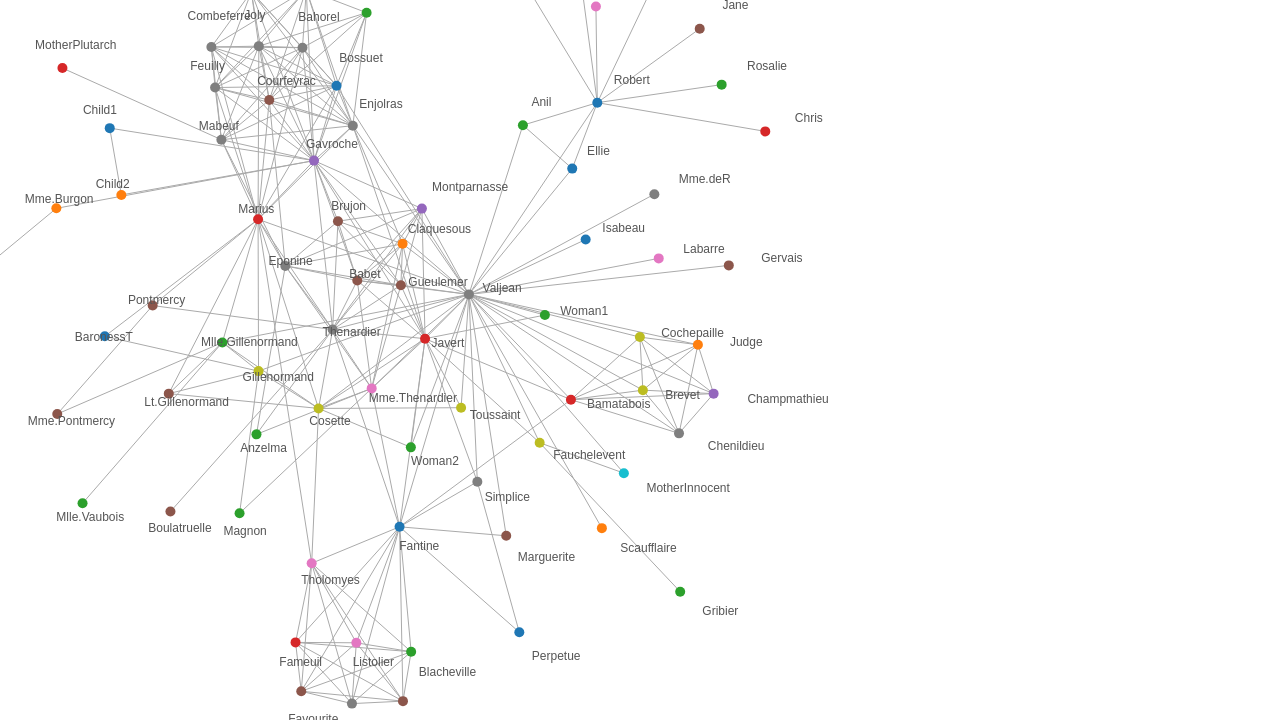
Repository: aniltammana/big-bankers
Page: trending-spendings-d3/big-bankers-2.0/index.html
The author's editor kept a copy of each file at every save. The page is drawn from the files as they stood at one save, then again after the next save.
The browser window is 1280 px wide. The pictures show the whole page.

Above is the page before, as saved 2019-10-06 11:58:17.
Console error: TypeError: Cannot read properties of undefined (reading 'fn')

### trending-spendings-d3/big-bankers-2.0/index.html
<!DOCTYPE html>
<!--[if lt IE 7]>      <html class="no-js lt-ie9 lt-ie8 lt-ie7"> <![endif]-->
<!--[if IE 7]>         <html class="no-js lt-ie9 lt-ie8"> <![endif]-->
<!--[if IE 8]>         <html class="no-js lt-ie9"> <![endif]-->
<!--[if gt IE 8]><!-->
<html class="no-js">
<!--<![endif]-->

<head>
    <meta charset="utf-8">
    <meta http-equiv="X-UA-Compatible" content="IE=edge">
    <title></title>
    <meta name="description" content="">
    <meta name="viewport" content="width=device-width, initial-scale=1">
    <link rel="stylesheet" href="">
    <script src='https://d3js.org/d3.v5.min.js'></script>
    <script src="https://stackpath.bootstrapcdn.com/bootstrap/4.3.1/js/bootstrap.bundle.min.js"
        integrity="sha384-xrRywqdh3PHs8keKZN+8zzc5TX0GRTLCcmivcbNJWm2rs5C8PRhcEn3czEjhAO9o" crossorigin="anonymous">
    </script>
    <link href="https://stackpath.bootstrapcdn.com/bootstrap/4.3.1/css/bootstrap.min.css" rel="stylesheet"
        integrity="sha384-ggOyR0iXCbMQv3Xipma34MD+dH/1fQ784/j6cY/iJTQUOhcWr7x9JvoRxT2MZw1T" crossorigin="anonymous">
    <link rel="stylesheet" type="text/css" href="style.css">
</head>

<body>
    <!--[if lt IE 7]>
            <p class="browsehappy">You are using an <strong>outdated</strong> browser. Please <a href="#">upgrade your browser</a> to improve your experience.</p>
        <![endif]-->
    <svg id='viz'></svg>



    <script src="index.js"></script>
</body>

</html>

### trending-spendings-d3/big-bankers-2.0/style.css
html,body {
    height: 100% !important;
    overflow:hidden;
    margin:0;
}

svg {
    margin: 0;
    padding: 0;
    border: 0;
    top: 0;
    width: 100%;
    height: 100%;
    z-index: -100;
}

.filter-box {
    margin-left: 500px;
}

### trending-spendings-d3/big-bankers-2.0/index.js
var width = 800;
var height = 600;
var color = d3.scaleOrdinal(d3.schemeCategory10);

d3.json("data/ex2.json").then(function(graph) {

var label = {
    'nodes': [],
    'links': []
};

graph.nodes.forEach(function(d, i) {
    label.nodes.push({node: d});
    label.nodes.push({node: d});
    label.links.push({
        source: i * 2,
        target: i * 2 + 1
    });
});

var labelLayout = d3.forceSimulation(label.nodes)
    .force("charge", d3.forceManyBody().strength(-50))
    .force("link", d3.forceLink(label.links).distance(0).strength(2));

var graphLayout = d3.forceSimulation(graph.nodes)
    .force("charge", d3.forceManyBody().strength(-3000))
    .force("center", d3.forceCenter(width / 2, height / 2))
    .force("x", d3.forceX(width / 2).strength(1))
    .force("y", d3.forceY(height / 2).strength(1))
    .force("link", d3.forceLink(graph.links).id(function(d) {return d.id; }).distance(50).strength(1))
    .on("tick", ticked);

var adjlist = [];

graph.links.forEach(function(d) {
    adjlist[d.source.index + "-" + d.target.index] = true;
    adjlist[d.target.index + "-" + d.source.index] = true;
});

function neigh(a, b) {
    return a == b || adjlist[a + "-" + b];
}


var svg = d3.select("#viz").attr("width", width).attr("height", height);
var container = svg.append("g");

svg.call(
    d3.zoom()
        .scaleExtent([.1, 4])
        .on("zoom", function() { container.attr("transform", d3.event.transform); })
);

var link = container.append("g").attr("class", "links")
    .selectAll("line")
    .data(graph.links)
    .enter()
    .append("line")
    .attr("stroke", "#aaa")
    .attr("stroke-width", "1px");

var node = container.append("g").attr("class", "nodes")
    .selectAll("g")
    .data(graph.nodes)
    .enter()
    .append("circle")
    .attr("r", 5)
    .attr("fill", function(d) { return color(d.group); })

node.on("mouseover", focus).on("mouseout", unfocus);

node.call(
    d3.drag()
        .on("start", dragstarted)
        .on("drag", dragged)
        .on("end", dragended)
);

var labelNode = container.append("g").attr("class", "labelNodes")
    .selectAll("text")
    .data(label.nodes)
    .enter()
    .append("text")
    .text(function(d, i) { return i % 2 == 0 ? "" : d.node.id; })
    .style("fill", "#555")
    .style("font-family", "Arial")
    .style("font-size", 12)
    .style("pointer-events", "none"); // to prevent mouseover/drag capture

node.on("mouseover", focus).on("mouseout", unfocus);

function ticked() {

    node.call(updateNode);
    link.call(updateLink);

    labelLayout.alphaTarget(0.3).restart();
    labelNode.each(function(d, i) {
        if(i % 2 == 0) {
            d.x = d.node.x;
            d.y = d.node.y;
        } else {
            var b = this.getBBox();

            var diffX = d.x - d.node.x;
            var diffY = d.y - d.node.y;

            var dist = Math.sqrt(diffX * diffX + diffY * diffY);

            var shiftX = b.width * (diffX - dist) / (dist * 2);
            shiftX = Math.max(-b.width, Math.min(0, shiftX));
            var shiftY = 16;
            this.setAttribute("transform", "translate(" + shiftX + "," + shiftY + ")");
        }
    });
    labelNode.call(updateNode);

}

function fixna(x) {
    if (isFinite(x)) return x;
    return 0;
}

function focus(d) {
    var index = d3.select(d3.event.target).datum().index;
    node.style("opacity", function(o) {
        return neigh(index, o.index) ? 1 : 0.1;
    });
    labelNode.attr("display", function(o) {
      return neigh(index, o.node.index) ? "block": "none";
    });
    link.style("opacity", function(o) {
        return o.source.index == index || o.target.index == index ? 1 : 0.1;
    });
}

function unfocus() {
   labelNode.attr("display", "block");
   node.style("opacity", 1);
   link.style("opacity", 1);
}

function updateLink(link) {
    link.attr("x1", function(d) { return fixna(d.source.x); })
        .attr("y1", function(d) { return fixna(d.source.y); })
        .attr("x2", function(d) { return fixna(d.target.x); })
        .attr("y2", function(d) { return fixna(d.target.y); });
}

function updateNode(node) {
    node.attr("transform", function(d) {
        return "translate(" + fixna(d.x) + "," + fixna(d.y) + ")";
    });
}

function dragstarted(d) {
    d3.event.sourceEvent.stopPropagation();
    if (!d3.event.active) graphLayout.alphaTarget(0.3).restart();
    d.fx = d.x;
    d.fy = d.y;
}

function dragged(d) {
    d.fx = d3.event.x;
    d.fy = d3.event.y;
}

function dragended(d) {
    if (!d3.event.active) graphLayout.alphaTarget(0);
    d.fx = null;
    d.fy = null;
}

});

Loaded but not shown: trending-spendings-d3/big-bankers-2.0/data/ex2.json (1582 lines, source omitted)

After the next save:
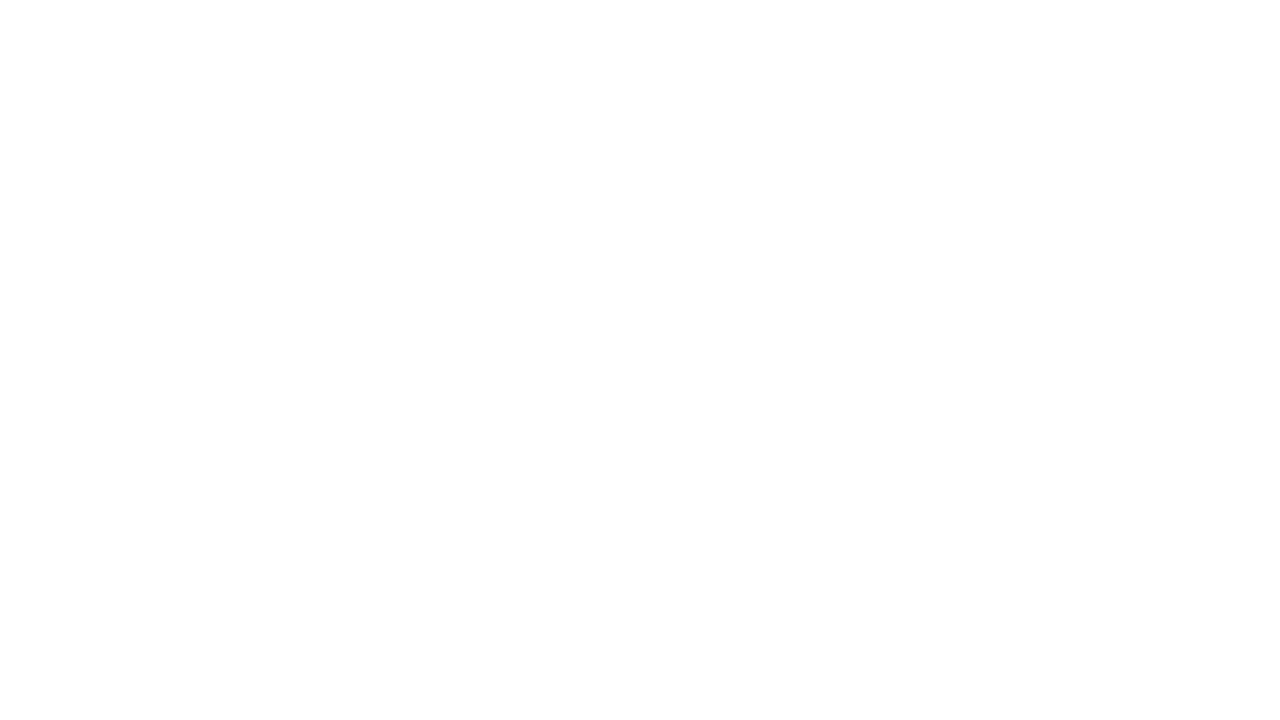
Saved 26 s later.
--- a/trending-spendings-d3/big-bankers-2.0/index.js
+++ b/trending-spendings-d3/big-bankers-2.0/index.js
@@ -1,4 +1,4 @@
-var width = 800;
+var width = ;
 var height = 600;
 var color = d3.scaleOrdinal(d3.schemeCategory10);
 

After the save that followed:
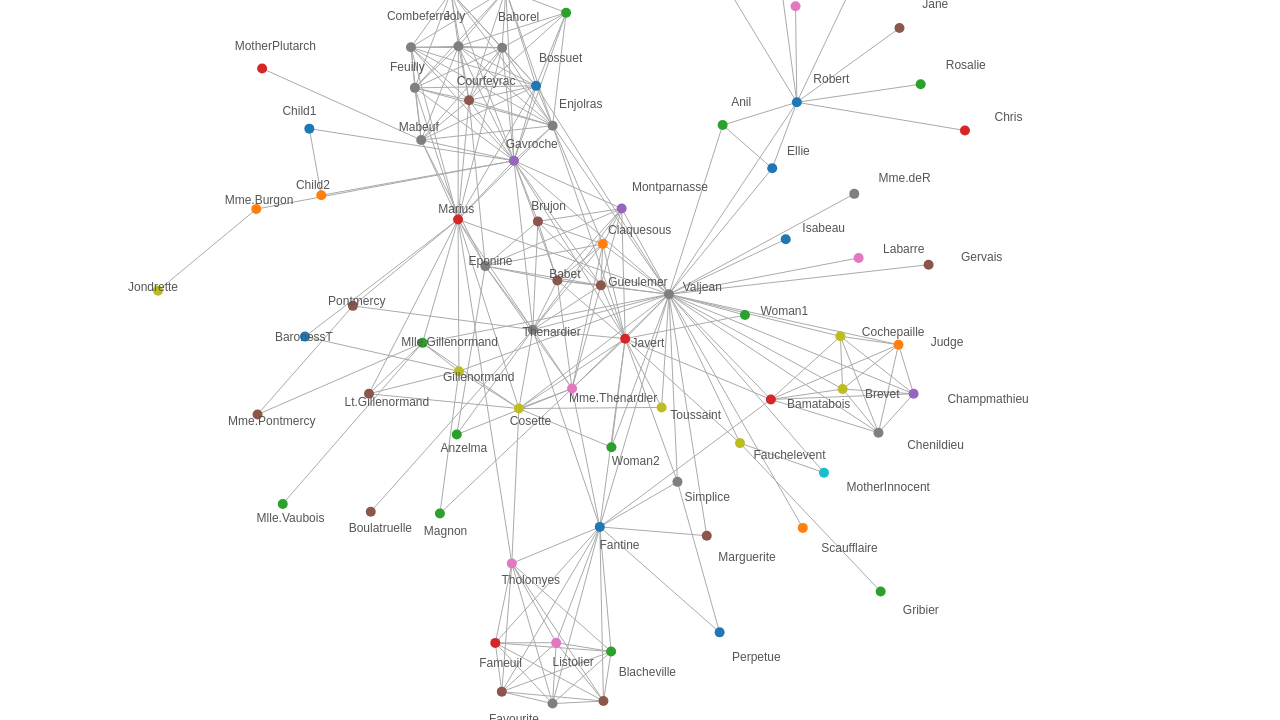
Saved 6 s later.
--- a/trending-spendings-d3/big-bankers-2.0/index.js
+++ b/trending-spendings-d3/big-bankers-2.0/index.js
@@ -1,4 +1,4 @@
-var width = ;
+var width = 1200;
 var height = 600;
 var color = d3.scaleOrdinal(d3.schemeCategory10);
 
